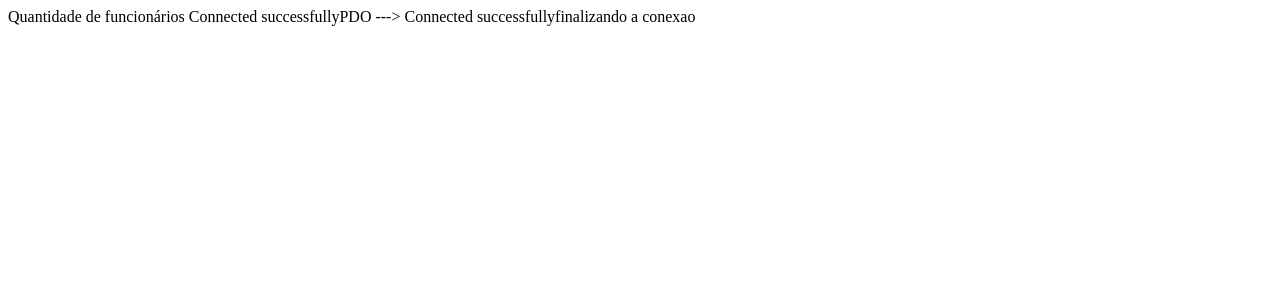
Repository: raphaelLacerda/estudos
Page: http://localhost/php/banco.php
The author's editor kept a copy of each file at every save. The page is drawn from the files as they stood at one save, then again after the next save.
The browser window is 1280 px wide. The pictures show the whole page.
The page is run by PHP 8.4 with error messages shown; the project is at /var/www/html/.

Above is the page before, as saved 2017-08-18 16:21:49.

After the next save:
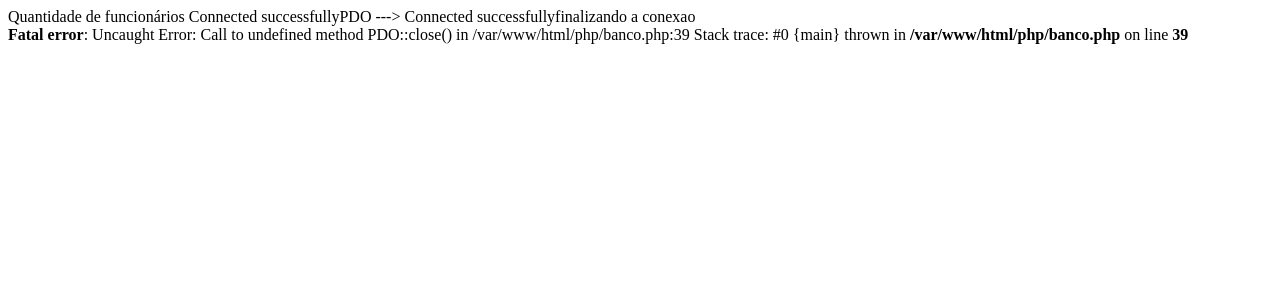
Saved 21 s later.
--- a/php/banco.php
+++ b/php/banco.php
@@ -36,6 +36,7 @@ try {
     echo "Connection failed: " . $e->getMessage();
 } finally {
     echo "finalizando a conexao";
+    $conn->close();
 }
 
 
